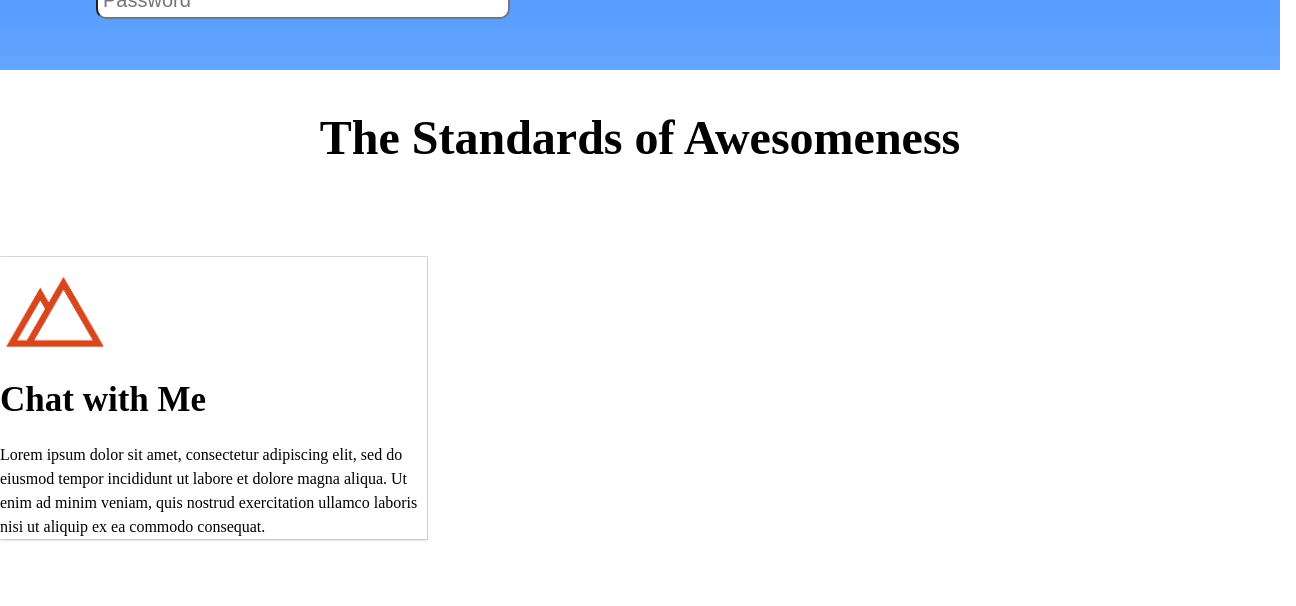
Repository: jesar-enl/My-CSS-Website
Page: index.html
These files come from the project's save history. The page is drawn as it stood at one moment and after a run of saves; the edit follows.
The browser window is 1280 px wide. The page is 1296 px wide, so the pictures cover 1296 px, including what lies to the right of the window. The pictures show the part of the page from y = 430 to 1098 px (the page is 1036 px tall before and 1098 px after).

Above is the page before, as saved 2022-07-27 12:51:44.

After the next 5 saves:
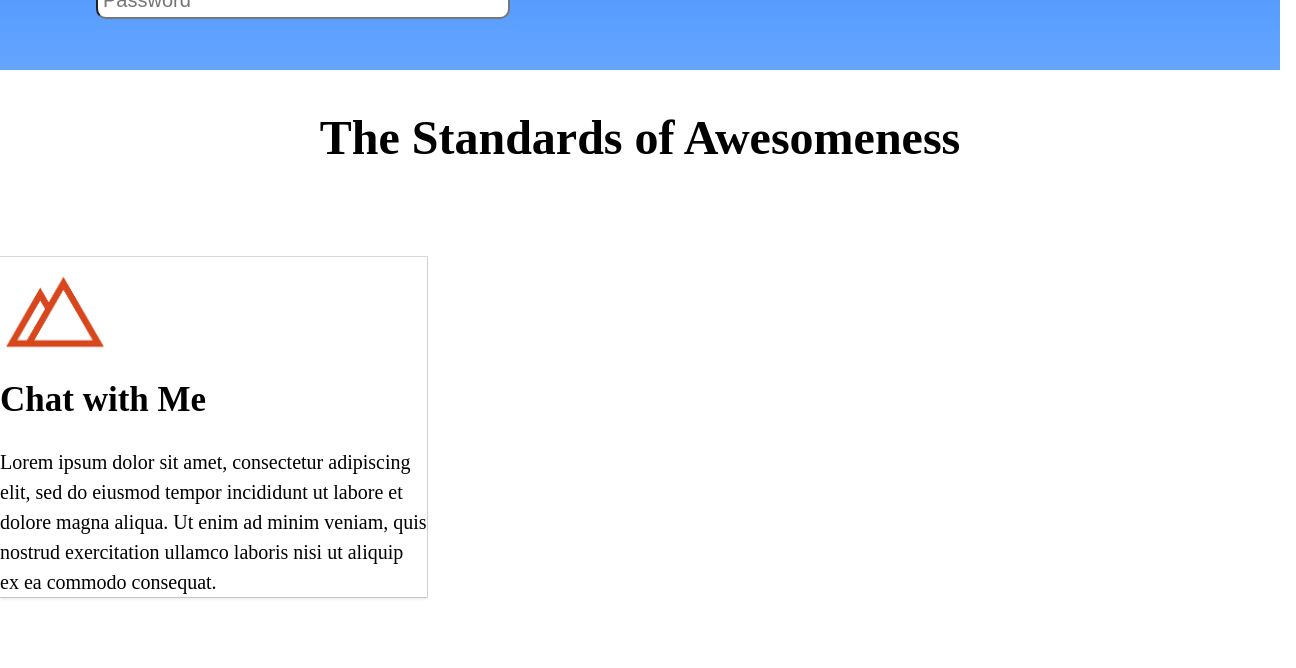
The 5 saves are shown as one change because they came seconds apart.
The last was saved 65 s later.
--- a/style.css
+++ b/style.css
@@ -14,6 +14,10 @@ body {
 label {
   font-size: 35px;
   font-weight: 800;
+}
+
+p {
+  font-size: 20px;
 }
 
 .container {
